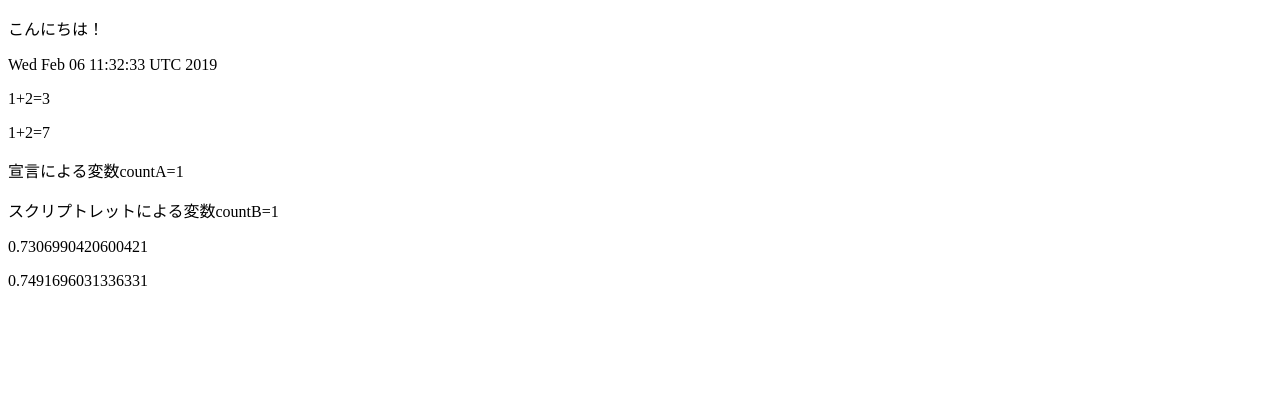
Repository: mai-kobayashi/test
Page: http://localhost/HelloJSP/
The author's editor kept a copy of each file at every save. The page is drawn from the files as they stood at one save, then again after the next save.
The browser window is 1280 px wide. The pictures show the whole page.
The page is served by Tomcat 9.

Above is the page before, as saved 2019-02-06 11:50:15.

After the next save:
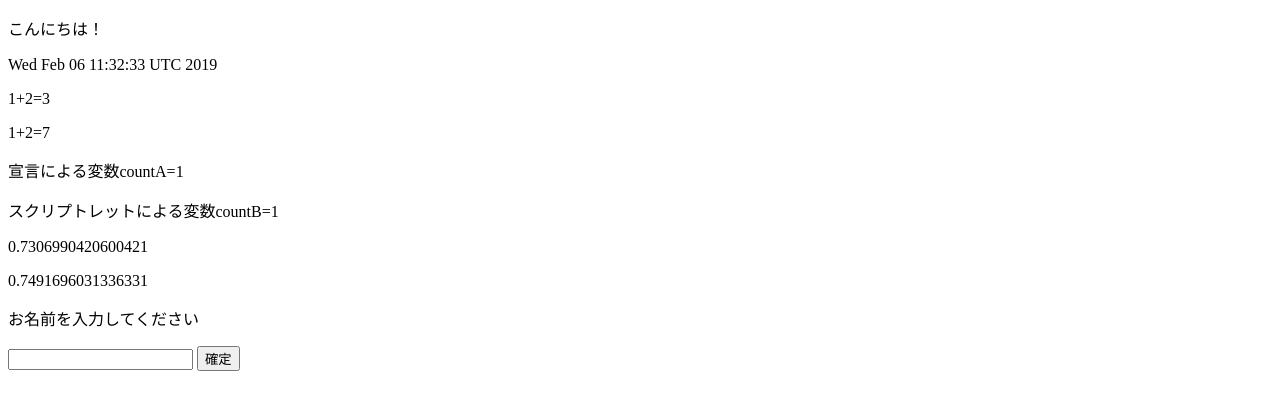
Saved 13 min 51 s later.
--- a/HelloJSP/WebContent/index.jsp
+++ b/HelloJSP/WebContent/index.jsp
@@ -31,5 +31,11 @@
 
 	<p><% out.println(Math.random()); %></p>
 	<p><%=Math.random() %></p>
+
+	<p>お名前を入力してください</p>
+	<form method = "post" action = "greeting-out.jsp">
+	<input type = "text" name = "user">
+	<input type = "submit" value = "確定">
+	</form>
 </body>
 </html>
